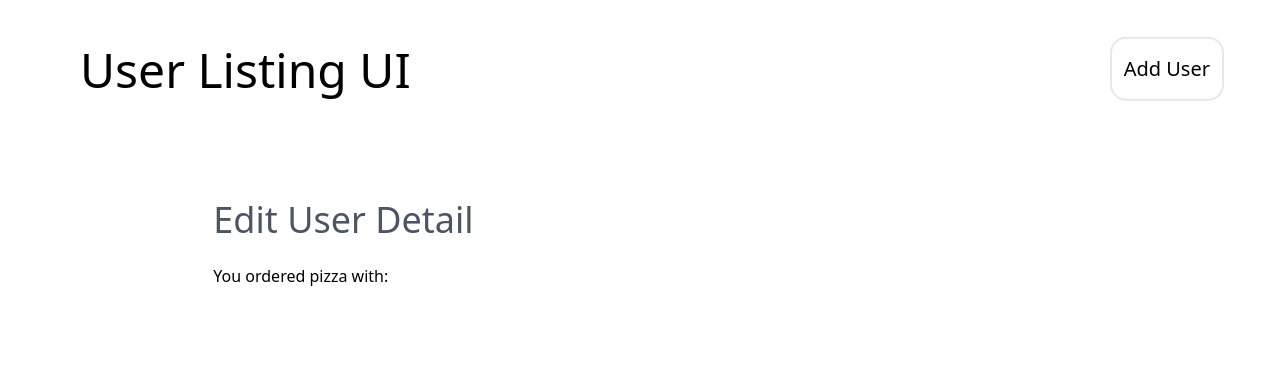
Repository: Marlstergo/listings
Page: /order (app in client/)
The author's editor kept a copy of each file at every save. The page is drawn from the files as they stood at one save, then again after the next save.
The browser window is 1280 px wide. The pictures show the whole page.
The project was rebuilt for these pictures with package versions that can differ from the ones it lists, and the page was loaded fresh each time. Also part of the build but not shown: client/craco.config.js, client/src/components/Loader.js, client/src/components/UserRow.jsx, client/src/components/Home.js, client/src/components/Modal.js. Imported but missing from the stored project, and not drawn on this page: client/src/components/Base, client/src/components/Toppings.

Above is the page before, as saved 2021-07-21 15:12:54.

### client/src/index.js
/* eslint-disable no-unused-vars */
import React from "react";
import ReactDOM from "react-dom";
import "./index.css";
import App from "./App";
import reportWebVitals from "./reportWebVitals";
import { BrowserRouter as Router } from 'react-router-dom';
import { Provider } from "react-redux";
import { store } from "./redux/store";
import { PersistGate } from "redux-persist/integration/react";
import { persistor } from "./redux/store";

ReactDOM.render(
  <React.StrictMode>
    <Provider store={store}>
      <Router>
        <PersistGate persistor={persistor}>
          <App />
        </PersistGate>
      </Router>
    </Provider>
  </React.StrictMode>,
  document.getElementById("root")
);

// If you want to start measuring performance in your app, pass a function
// to log results (for example: reportWebVitals(console.log))
// or send to an analytics endpoint. Learn more: https://bit.ly/CRA-vitals
reportWebVitals();

### client/src/App.js
import React, { useState } from 'react';
import {BrowserRouter, Route, Switch, useLocation } from "react-router-dom";
import Header from './components/Header';
import Home from './components/Home';
import Base from './components/Base';
import Toppings from './components/Toppings';
import Order from './components/EditUser';
import Modal from './components/Modal';
import { AnimatePresence } from 'framer-motion';

function App() {
  const location = useLocation();
  const showModal = true;

  return (
    <>
      <Header />
      {/* <Modal showModal={showModal} /> */}
      <AnimatePresence exitBeforeEnter>
      <BrowserRouter>
        <Switch >
          <Route
          exact
          name="home"
          path="/">
            <Home />
          </Route>
          {/* <Route exact path="/createUpdateUser">
            <Toppings />
          </Route> */}
          <Route path="/order"
          exact
          name="order">
            <Order />
          </Route>

        </Switch>
        </BrowserRouter>
      </AnimatePresence>

    </>
  );
}

export default App;

### client/src/redux/store.js
import { createStore, applyMiddleware } from "redux";
import { logger } from 'redux-logger';
import {persistStore} from 'redux-persist';
// import thunk from 'redux-thunk'
import createSagaMiddleware from 'redux-saga'

import rootSaga from './root-sagas'

import rootReducer from './root-reducer';

const sagaMiddleware = createSagaMiddleware()

const middleware = [sagaMiddleware];

if( process.env.NODE_ENV === 'development'){
    middleware.push(logger)
}

export const store = createStore(rootReducer, applyMiddleware(...middleware))

sagaMiddleware.run(rootSaga)

export const persistor = persistStore(store)

export default (store, persistor);

### client/src/components/Header.js
import React from "react";
import { motion } from "framer-motion";

const svgVariants = {
  hidden: { rotate: -180 },
  visible: {
    rotate: 0,
    transition: { duration: 1 },
  },
};

const pathVariants = {
  hidden: {
    opacity: 0,
    pathLength: 0,
  },
  visible: {
    opacity: 1,
    pathLength: 1,
    transition: {
      duration: 2,
      ease: "easeInOut",
    },
  },
};

const buttonVariants = {
  show: {
    y: [0, -20],
    x: 0,
    textShadow: "0px 0px 8px rgb(255,255,255)",
    boxShadow: "0px 0px 8px rgb(255,255,255)",
    transition: {
      duration: 0.3,
      yoyo: Infinity,
      ease: 'easeOut'
    },
  },
};

const Header = () => {
  return (
    <header className="flex p-14 w-screen justify-between  items-center">
      {/* <motion.div
        className="logo"
        drag
        dragConstraints={{ left: 0, top: 0, right: 0, bottom: 0 }}
        dragElastic={0.7}
      >

      </motion.div> */}
      <motion.div
        className=" flex justify-between w-full ml-6 text-xs"
        initial={{ y: -250 }}
        animate={{ y: -10 }}
        transition={{ delay: 0.2, type: "spring", stiffness: 120 }}
      >
        <h1 className=" pb-4 text-5xl">User Listing UI</h1>
        <motion.button variants={buttonVariants} whileHover="hover"
        animate="show"
        className="text-xl border-2 px-3 rounded-2xl"
        >
          Add User
        </motion.button>
      </motion.div>
    </header>
  );
};

export default Header;

### client/src/components/EditUser.js
import React, { useEffect } from 'react';
import { motion } from 'framer-motion';

const containerVariants = {
  hidden: {
    opacity: 0,
    x: '100vw',
    transition: {
      staggerChildren: 0.5,
    }
  },
  visible: {
    opacity: 1,
    x: 0,
    transition: {
      type: 'spring',
      mass: 0.4,
      damping: 8,
      staggerChildren: 0.4,
      when: "beforeChildren",
    }
  },
};

const childVariants = {
  hidden: {
    opacity: 0,
  },
  visible: {
    opacity: 1,
  }
}

const Order = () => {


  return (
    <motion.div className="container order flex justify-center"
      variants={containerVariants}
      initial="hidden"
      animate="visible"
      exit="exit"
    >
      <div className="w-2/3 ">
        <h1 className="text-gray-600 py-6 text-4xl">Edit User Detail</h1>

      <motion.p variants={childVariants}>You ordered  pizza with:</motion.p>
      <motion.div variants={childVariants}>

      </motion.div>
      </div>
    </motion.div>
  )
}

export default Order;

### client/src/redux/root-sagas.js
import {all, call} from 'redux-saga/effects'
import {userSagas} from './user/user.sagas'


export default function* rootSaga(){
    yield all([
        call(userSagas),
    ])
}

### client/src/redux/root-reducer.js
import {combineReducers} from 'redux'
import userReducer from './user/user.reducer'
// import cartReducer from './cart/cart.reducer'
import {persistReducer} from 'redux-persist'
import storage from 'redux-persist/lib/storage'
// import directoryReducer from './directory/directory.reducer'
// import shopReducer from './shop/shop.reducer'

const persistConfig ={
    key: 'root',
    storage,
    whitelist: ['' ]
}
const rootReducer = combineReducers({
    user: userReducer,

})
export default persistReducer(persistConfig, rootReducer)

### client/src/redux/user/user.sagas.js
import { all, call, put, takeLatest } from "redux-saga/effects";

import UserActionTypes from "./user.types";
import { loadUserDetail } from "./user.action";
// import axios from "axios";
// import { getUserDetailsURL } from "../../components/stringConstants";

export function* getDetails() {
  yield console.log("i fired");

  // try {
  //   console.log("inside try");

  //   const res = yield axios.get(getUserDetailsURL);
  //   const data = yield res.data;
  //   console.log(res);
  //   yield put(loadUserDetail(data ? data.data[0] : {}));
  // } catch (err) {
  //   console.log(err.response);
  //   if (err.response && err.response.statusText === "Not Found") {
  //     // console.log("");
  //     window.location.href = "/profile/settings?newUser=0837";
  //   }
  // }
}

export function* getUserDetails() {
  yield takeLatest(UserActionTypes.GET_USER_DETAIL, getDetails);
}
// export function* loadUserDetails(){
//     yield takeLatest(UserActionTypes.LOAD_USER_DETAIL, loadDetails)
// }

export function* userSagas() {
  yield all([call(getUserDetails)]);
}

### client/src/redux/user/user.reducer.js
import UserActionTypes from "./user.types";
const INITIAL_STATE = {
  // currentUser: null,
  userDetail: {},
  demo: 'i am demo',
  location: null

};
const userReducer = (state = INITIAL_STATE, action) => {
  switch (action.type) {

    case UserActionTypes.LOAD_USER_DETAIL:
      return {
        ...state,
        userDetail: action.payload,
      };

    case UserActionTypes.COLLECT_GEOLOCATION:
      return {
        ...state,
        location: action.payload
      }
    default:
      return state;
  }
};

export default userReducer;

### client/src/redux/user/user.types.js
const UserActionTypes ={
    GOOGLE_SIGN_IN_START : 'GOOGLE_SIGN_IN_START',
    SIGN_IN_SUCCESS : 'SIGN_IN_SUCCESS',
    SIGN_IN_FAILURE : 'SIGN_IN_FAILURE',
    GET_USER_DETAIL: 'GET_USER_DETAIL',
    LOAD_USER_DETAIL: 'LOAD_USER_DETAIL',
    COLLECT_GEOLOCATION: 'COLLECT_GEOLOCATION',
    FETCH_GEOLOCATION: 'FETCH_GEOLOCATION'
}
export default UserActionTypes;

### client/src/redux/user/user.action.js
import UserActionTypes from './user.types'



// export const googleSignInStart = () => ({
//     type: UserActionTypes.GOOGLE_SIGN_IN_START
// })

// export const signInSuccess = (user) => ({
//     type: UserActionTypes.SIGN_IN_SUCCESS,
//     payload: user
// })

export const getUserDetail = () => ({
    type: UserActionTypes.GET_USER_DETAIL,

})
export const loadUserDetail = (details) => ({
    type: UserActionTypes.LOAD_USER_DETAIL,
    payload: details
})

export const fetchGeoloction = () => ({
    type: UserActionTypes.FETCH_GEOLOCATION
})
export const collectGeolocation = (location) => ({
    type: UserActionTypes.COLLECT_GEOLOCATION,
    payload: location
})
// })

### client/tailwind.config.js
  // tailwind.config.js
  module.exports = {
    // mode:'jit',
    purge: ['./src/**/*.{js,jsx,ts,tsx}', './public/index.html'],
     darkMode: false, // or 'media' or 'class'
     theme: {
       extend: {},
     },
     variants: {
       extend: {},
     },
     plugins: [],
   }

Loaded but not shown: client/public/index.html (common file); client/src/index.css (common file); client/src/reportWebVitals.js (common file)

After the next save:
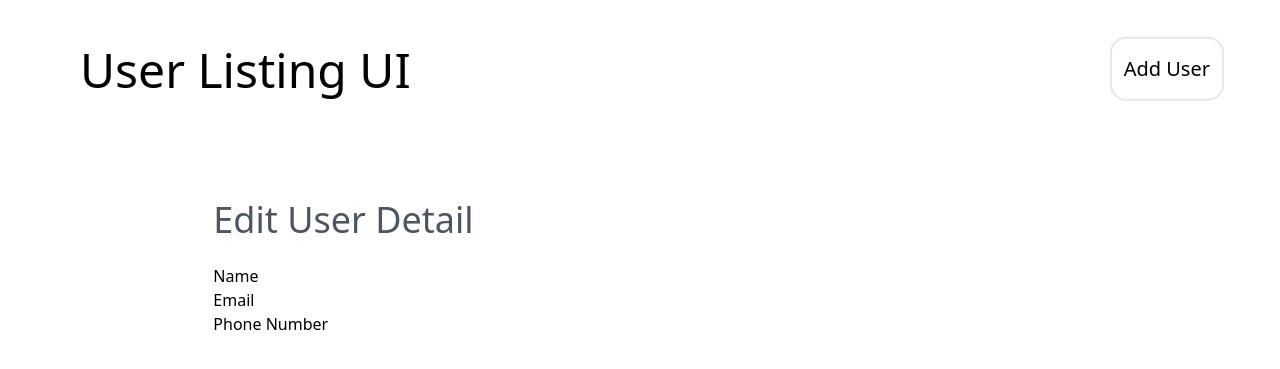
Saved 2 min 38 s later.
--- a/client/src/components/EditUser.js
+++ b/client/src/components/EditUser.js
@@ -44,7 +44,20 @@ const Order = () => {
       <div className="w-2/3 ">
         <h1 className="text-gray-600 py-6 text-4xl">Edit User Detail</h1>
 
-      <motion.p variants={childVariants}>You ordered  pizza with:</motion.p>
+      <motion.form variants={childVariants}>
+        <div className="">
+          <label htmlFor="">Name</label>
+          <input type="text" name="name" id="name" />
+        </div>
+        <div className="">
+          <label htmlFor="">Email</label>
+          <input type="text" name="email" id="email" />
+        </div>
+        <div className="">
+          <label htmlFor="">Phone Number</label>
+          <input type="text" name="phone" id="phone" />
+        </div>
+      </motion.form>
       <motion.div variants={childVariants}>
 
       </motion.div>
